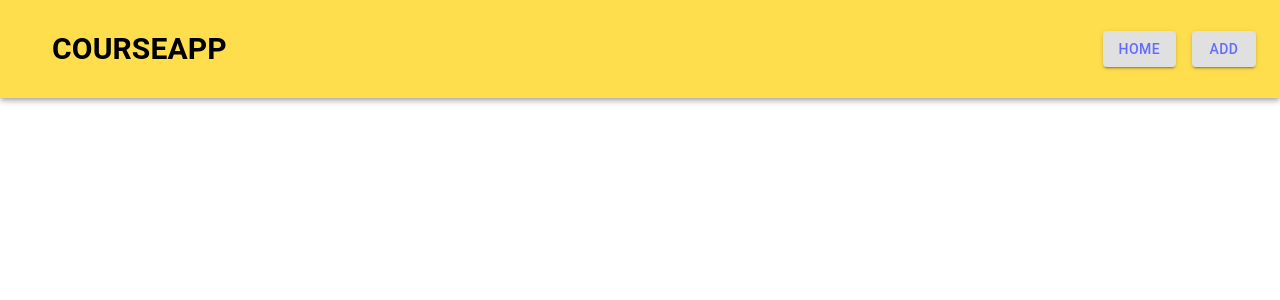
Repository: sarathraj2002/courseapp
Page: / (app in Frontend/)
An editor plug-in stored every save of this project. The page is shown before and after the next save, followed by the edit.
The browser window is 1280 px wide. The pictures show the whole page.
The page's requests for data from a server got no answer. The project was rebuilt for these pictures with package versions that can differ from the ones it lists, and the page was loaded fresh each time. No one was signed in, and anything a server would have sent is missing. Also part of the build but not shown: Frontend/vite.config.js, Frontend/src/components/Add.jsx.

Above is the page before, as saved 2024-10-14 09:50:58.

After the next save:
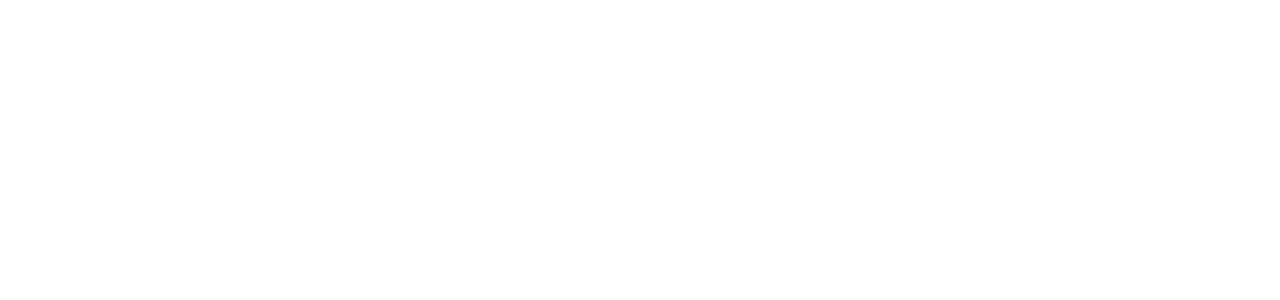
Console error: ReferenceError: func is not defined
Saved 5 s later.
--- a/Frontend/src/components/Home.jsx
+++ b/Frontend/src/components/Home.jsx
@@ -37,6 +37,7 @@
  })
 }
 const  navigate=useNavigate()
+func
   return (
     <>
     <Grid container spacing={3} sx={{marginTop:8}}>

After the save that followed:
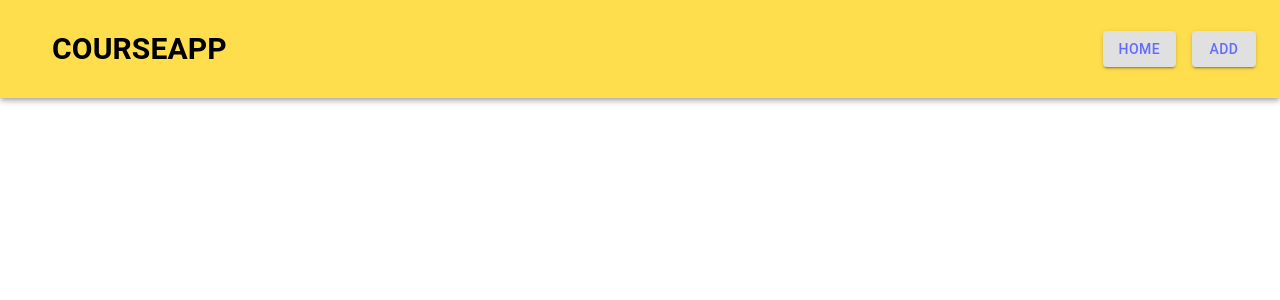
The error is gone.
Saved 6 s later.
--- a/Frontend/src/components/Home.jsx
+++ b/Frontend/src/components/Home.jsx
@@ -37,7 +37,9 @@
  })
 }
 const  navigate=useNavigate()
-func
+function name(params) {
+
+}
   return (
     <>
     <Grid container spacing={3} sx={{marginTop:8}}>
